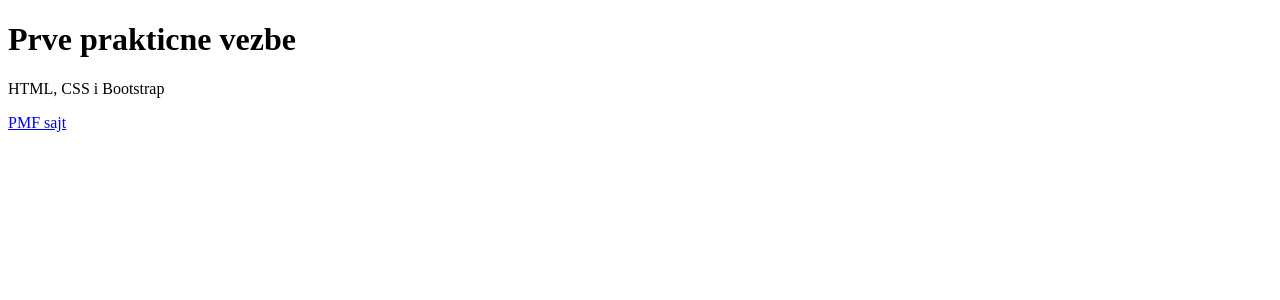
Repository: bojanludajic/Razvoj-Informacionih-Sistema
Page: Vezbe1/src/main/webapp/index.html
An editor plug-in stored every save of this project. The page is shown before and after the next save, followed by the edit.
The browser window is 1280 px wide. The pictures show the whole page.

Above is the page before, as saved 2024-10-22 11:32:22.

After the next save:
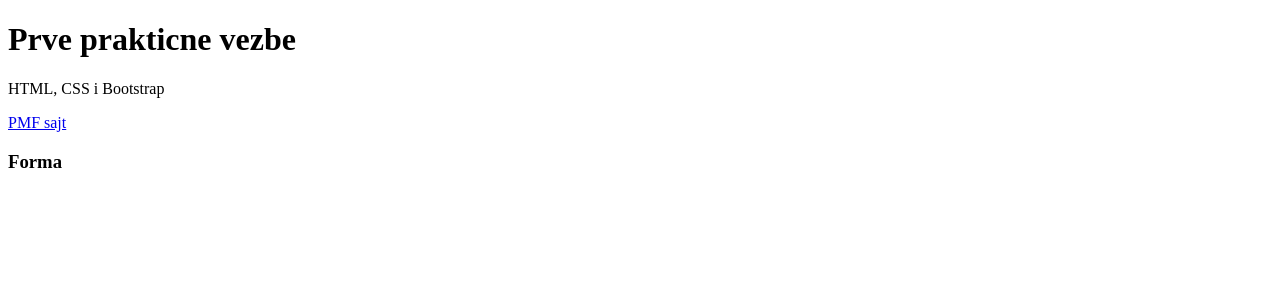
Saved 14 s later.
--- a/Vezbe1/src/main/webapp/index.html
+++ b/Vezbe1/src/main/webapp/index.html
@@ -9,5 +9,7 @@
 <p>HTML, CSS i Bootstrap</p>
 
 <a href="https://www.pmf.uns.ac.rs" target="_blank">PMF sajt</a>
+
+<h3>Forma</h3>
 </body>
 </html>
